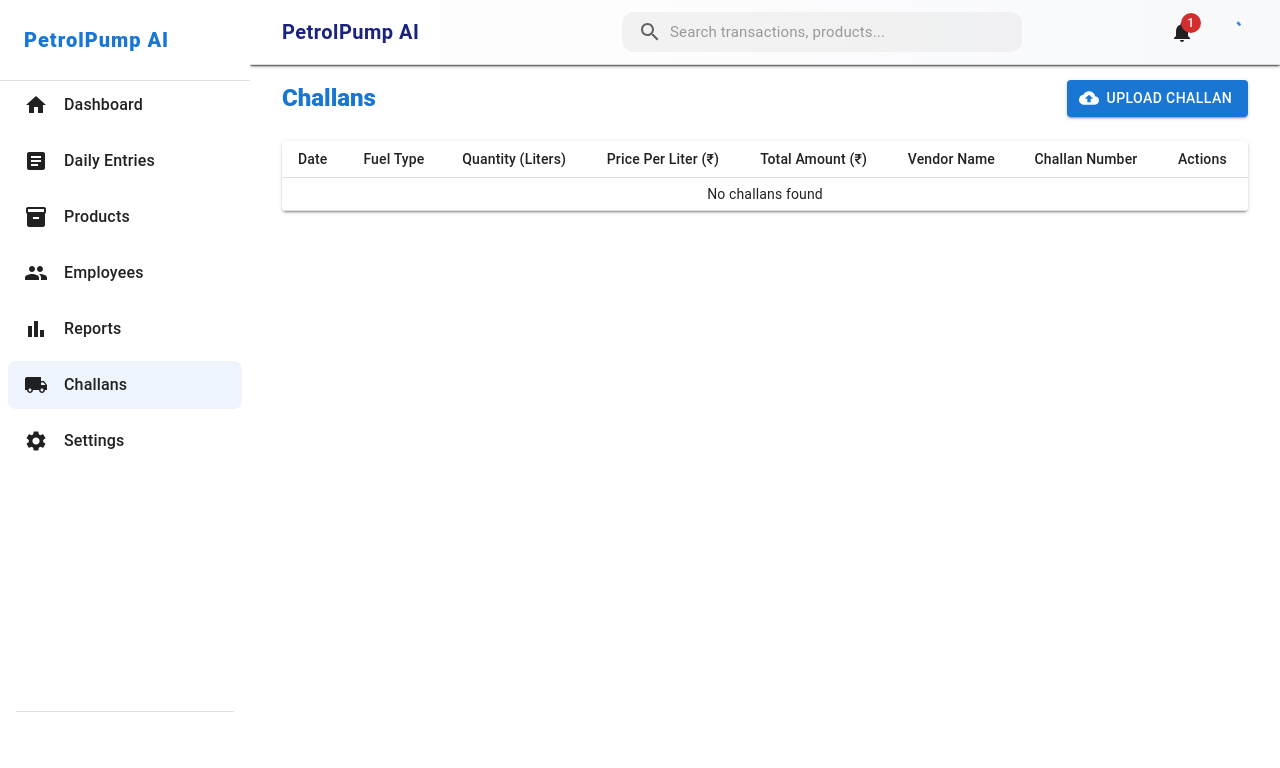
Repository: saquib0509/AI-Enabled-Retail-Management-
Page: /challans (app in frontend/)
An editor plug-in stored every save of this project. The page is shown before and after the next save, followed by the edit.
The browser window is 1280 px wide. The pictures show the whole page.
The page's requests for data from a server got no answer. The project was rebuilt for these pictures with package versions that can differ from the ones it lists, and the page was loaded fresh each time. No one was signed in, and anything a server would have sent is missing. Also part of the build but not shown: frontend/vite.config.ts, frontend/src/pages/Dashboard.tsx, frontend/src/components/DailyEntryForm.tsx, frontend/src/components/DailyEntryList.tsx, frontend/src/pages/DailyEntries.tsx, frontend/src/components/EmployeeList.tsx, frontend/src/components/EmployeeForm.tsx, frontend/src/components/EmployeeAttendance.tsx and 12 more.

Above is the page before, as saved 2025-11-09 12:54:26.

After the next save:
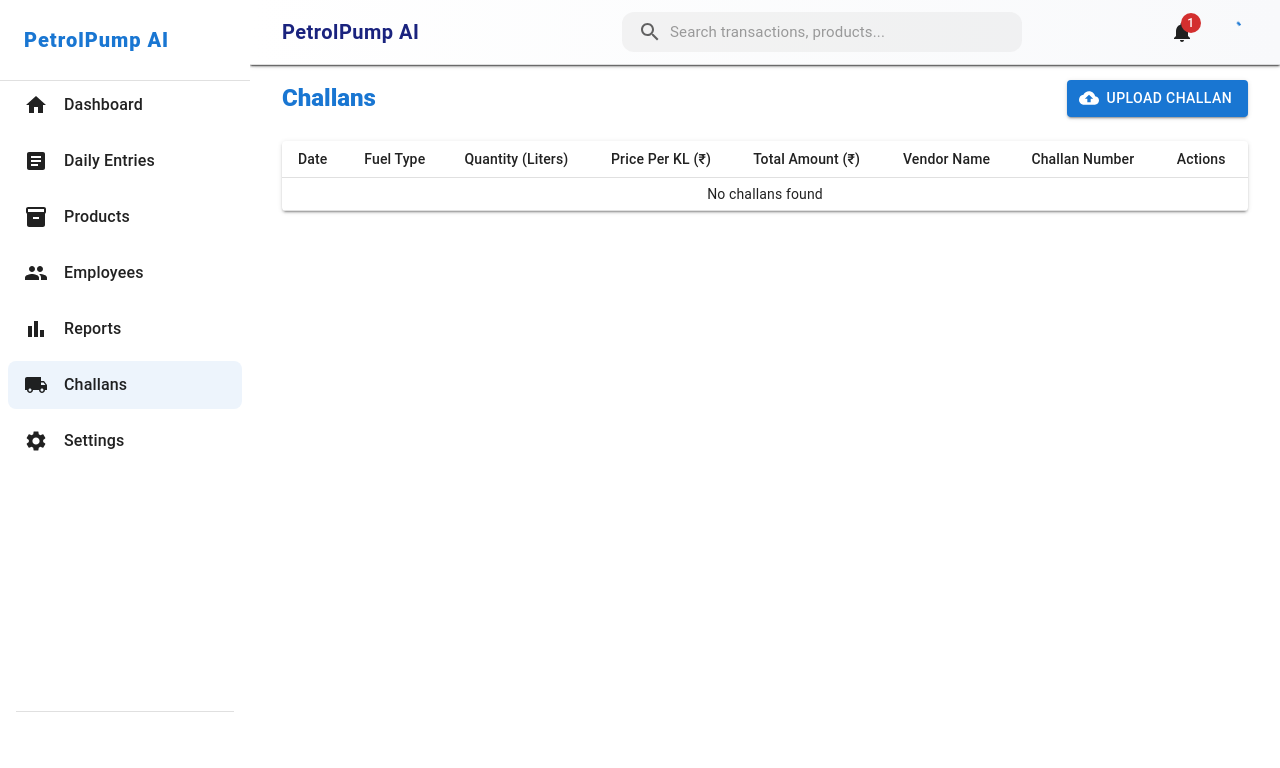
Saved 15 s later.
--- a/frontend/src/pages/Challans.tsx
+++ b/frontend/src/pages/Challans.tsx
@@ -99,7 +99,7 @@ const Challans = () => {
               <TableCell>Date</TableCell>
               <TableCell>Fuel Type</TableCell>
               <TableCell>Quantity (Liters)</TableCell>
-              <TableCell>Price Per Liter (₹)</TableCell>
+              <TableCell>Price Per KL (₹)</TableCell>
               <TableCell>Total Amount (₹)</TableCell>
               <TableCell>Vendor Name</TableCell>
               <TableCell>Challan Number</TableCell>
